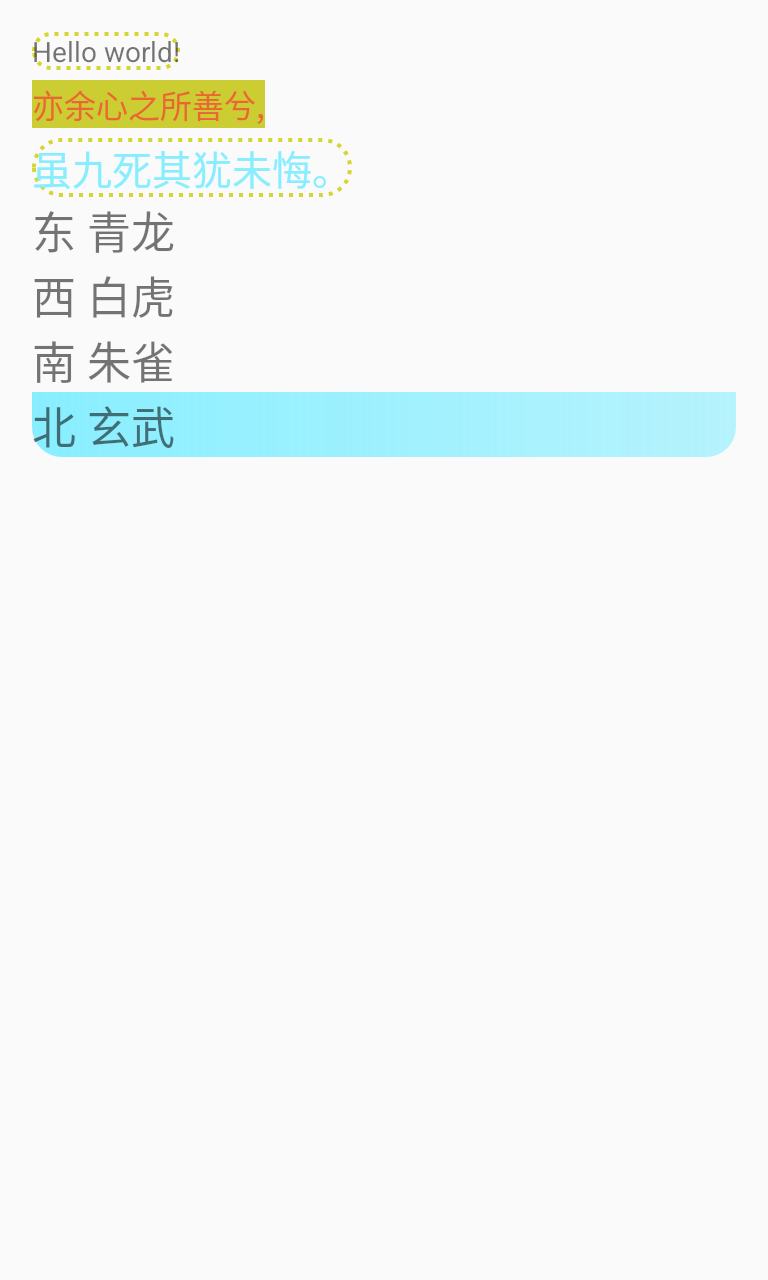
Repository: duhei/cici
Layout: GitHubFrist/res/layout/activity_main.xml
The author's editor kept a copy of each file at every save. The layout is drawn from the files as they stood at one save, then again after the next save.
It is drawn on a 768 x 1280 px phone screen (xhdpi) without system bars, with theme AppTheme; the app's code is not run.

Above is the layout before, as saved 2015-07-10 08:51:07.

### GitHubFrist/res/layout/activity_main.xml
<LinearLayout xmlns:android="http://schemas.android.com/apk/res/android"
    xmlns:tools="http://schemas.android.com/tools"
    android:layout_width="match_parent"
    android:layout_height="match_parent"
    android:paddingBottom="@dimen/activity_vertical_margin"
    android:paddingLeft="@dimen/activity_horizontal_margin"
    android:paddingRight="@dimen/activity_horizontal_margin"
    android:paddingTop="@dimen/activity_vertical_margin"
    tools:context="com.mylove.githubfrist.MainActivity"
    android:orientation="vertical"
    >

    <TextView
        android:layout_width="wrap_content"
        android:layout_height="wrap_content"
        android:text="@string/hello_world"
        android:background="@drawable/corner_shape"
        />

    <TextView
        style="@style/warp_content"
        android:text="@string/lisao1"
        android:background="#FFCCCC33"
        android:textColor="#99FF2233"
        android:textSize="16dp"
        />

    <TextView
        style="@style/warp_textCol"
        android:layout_width="wrap_content"
        android:layout_height="wrap_content"
        android:background="@drawable/corner_shape"
        android:text="@string/lisao2" />

    <TextView
        android:layout_width="match_parent"
        android:layout_height="wrap_content"
        android:background="@drawable/con_shape_top"
        android:text="@string/east"
        android:textSize="22dp"
        />

    <TextView
        android:layout_width="match_parent"
        android:layout_height="wrap_content"
        android:text="@string/west"
        android:textSize="22dp"
        />

    <TextView
        android:layout_width="match_parent"
        android:layout_height="wrap_content"
        android:text="@string/south"
        android:textSize="22dp"
        />

    <TextView
        android:layout_width="match_parent"
        android:layout_height="wrap_content"
        android:background="@drawable/con_shape_bottom"
        android:text="@string/nouth"
        android:textSize="22dp"
        />

</LinearLayout>

### GitHubFrist/res/values/strings.xml
<?xml version="1.0" encoding="utf-8"?>
<resources>

    <string name="app_name">GitHubFrist</string>
    <string name="hello_world">Hello world!</string>
    <string name="action_settings">Settings</string>

    <string name="lisao1">亦余心之所善兮,</string>
    <string name="lisao2">虽九死其犹未悔。</string>

    <string name="east">东 青龙</string>
    <string name="west">西 白虎</string>
    <string name="south">南 朱雀</string>
    <string name="nouth">北 玄武</string>
</resources>

### GitHubFrist/res/drawable-hdpi/corner_shape.xml
<?xml version="1.0" encoding="utf-8"?>
<shape xmlns:android="http://schemas.android.com/apk/res/android" >

    <corners android:radius="20dp"/>

    <stroke android:width="2dp"
        android:dashGap="3dp"
        android:dashWidth="2dp"
        android:color="#FFD5D533"/>

</shape>

### GitHubFrist/res/drawable-hdpi/con_shape_top.xml
<?xml version="1.0" encoding="utf-8"?>
<shape xmlns:android="http://schemas.android.com/apk/res/android" >

    <corners android:topLeftRadius="15dp"
        android:topRightRadius="15dp"
        android:bottomLeftRadius="0dp"
        android:bottomRightRadius="0dp"
        />

</shape>

### GitHubFrist/res/drawable-hdpi/con_shape_bottom.xml
<?xml version="1.0" encoding="utf-8"?>
<shape xmlns:android="http://schemas.android.com/apk/res/android" >

    <corners android:topLeftRadius="0dp"
        android:topRightRadius="0dp"
        android:bottomLeftRadius="15dp"
        android:bottomRightRadius="15dp"
        />

    <gradient android:startColor="#FF88EEFF"
        android:endColor="#9988EEFF"/>
</shape>

Loaded but not shown: GitHubFrist/res/values/styles.xml (common file); GitHubFrist/res/values-v11/styles.xml (common file); GitHubFrist/res/values-v14/styles.xml (common file); GitHubFrist/res/values/dimens.xml (common file); GitHubFrist/res/values-w820dp/dimens.xml (common file)

After the next save:
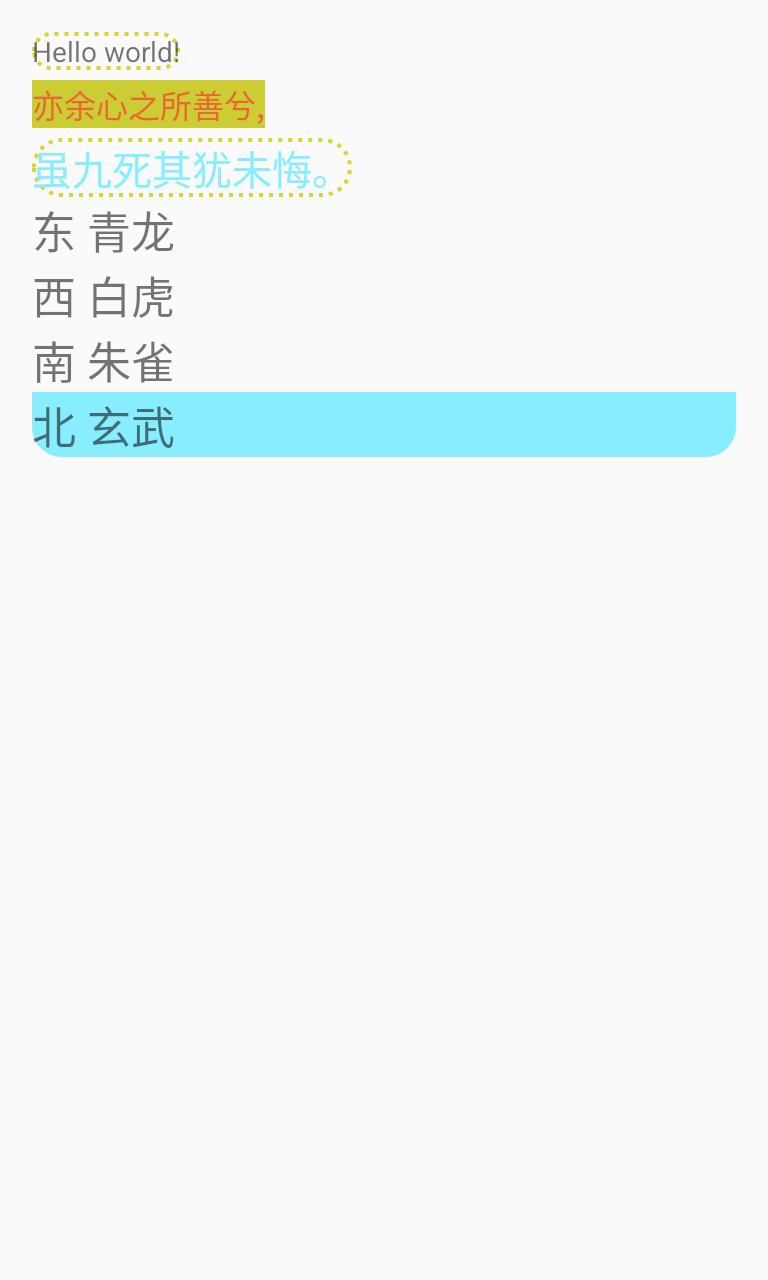
Saved 17 s later.
--- a/GitHubFrist/res/drawable-hdpi/con_shape_bottom.xml
+++ b/GitHubFrist/res/drawable-hdpi/con_shape_bottom.xml
@@ -8,5 +8,5 @@
         />
 
     <gradient android:startColor="#FF88EEFF"
-        android:endColor="#9988EEFF"/>
+        android:endColor="#FF88EEFF"/>
 </shape>
